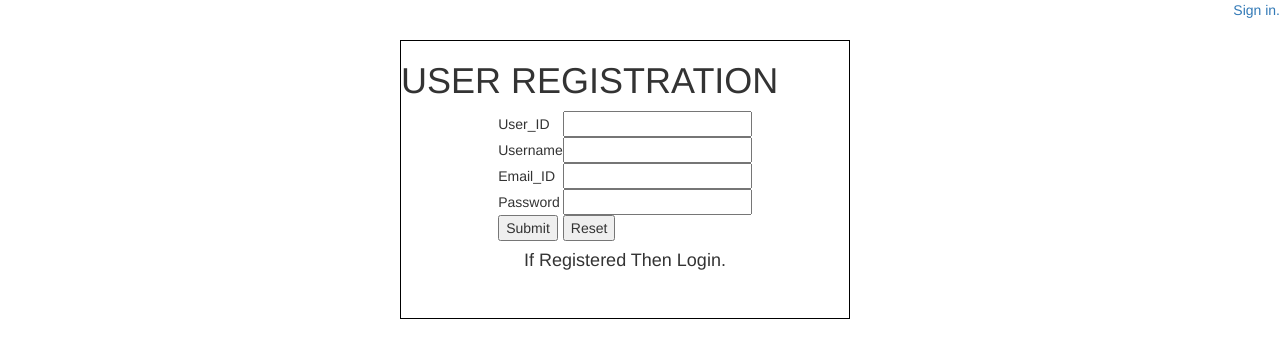
Repository: sunil965/JDBC-Servlet-JSP
Page: http://localhost/JspRegistrationTask/
An editor plug-in stored every save of this project. The page is shown before and after the next save, followed by the edit.
The browser window is 1280 px wide. The pictures show the whole page.
The page is served by Tomcat 9.

Above is the page before, as saved 2017-05-03 11:27:02.

After the next save:
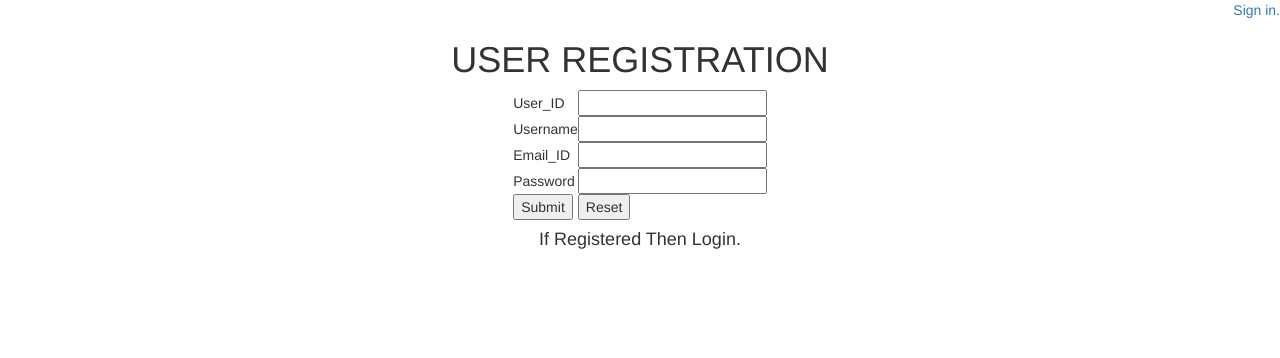
Saved 58 s later.
--- a/JspRegistrationTask/WebContent/index.jsp
+++ b/JspRegistrationTask/WebContent/index.jsp
@@ -6,44 +6,15 @@
 <meta http-equiv="Content-Type" content="text/html; charset=UTF-8">
 <title>Index</title>
 <link rel="stylesheet" href="https://maxcdn.bootstrapcdn.com/bootstrap/3.3.7/css/bootstrap.min.css" >
-<script>
-function validateform(){
-var name=document.myform.name.value;
-var uid = document.myform.uid.value;
-var password=document.myform.password.value;
-
-if (name==null || name==""){
-  alert("Name can't be blank");
-  return false;
-}else if(password==null||password==""||password.length<6){
-  alert("Password must be at least 6 characters long.");
-  return false;
-  }
-}
-</script>
-<style type="text/css">
-
-.div{
-border: 1px solid black;
-width: 450px;
-height: 500px;
-align:center;
-margin-left: 400px;
-margin-top: 20px;
-
-}
-
-</style>
 </head>
 <body>
 <div align="right">
 <a href="userlogin.jsp">Sign in.</a>
 </div>
-<div class="div" style="height: 279px; ">
+<div align="center">
 <h1>USER REGISTRATION</h1>
-<center>
-	<form name="myform" action="userreg" method="post">
-	<table align="center">
+	<form action="userreg" method="post">
+	<table>
 	<tr>
 	<td>User_ID</td>
 	<td><input type="text" name="uid"></td>
@@ -68,6 +39,5 @@ margin-top: 20px;
 
 	</form>
 	<h4>If Registered Then Login.</h4>
-	</center>
 </div>
 </html>
